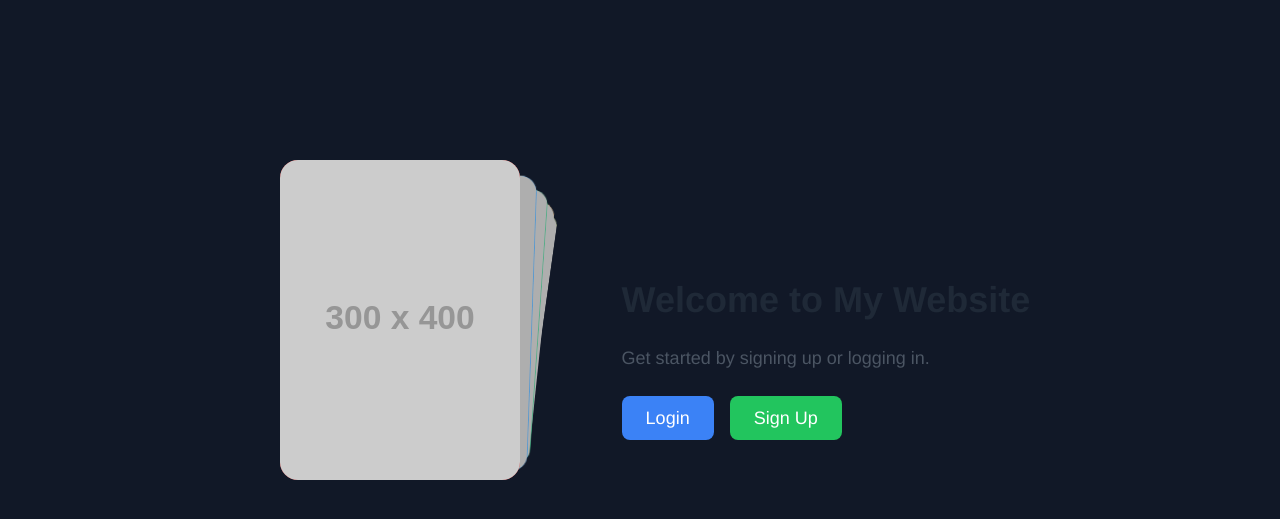
Repository: prathyushaa5/BuyYours
Page: / (app in Frontend/)
These files come from the project's save history. The page is drawn as it stood at one moment and after the next save; the edit follows.
The browser window is 1280 px wide. The pictures show the whole page.
The project was rebuilt for these pictures with package versions that can differ from the ones it lists, and the page was loaded fresh each time. Also part of the build but not shown: Frontend/vite.config.js, Frontend/src/components/Login.jsx, Frontend/src/components/Signup.jsx, Frontend/src/components/Home.jsx.

Above is the page before, as saved 2025-02-13 16:08:37.

### Frontend/src/App.jsx
import { BrowserRouter as Router, Routes, Route } from "react-router-dom";
import { useState } from "react";
import Main from "./components/Main";
import Login from "./components/Login";
import Signup from "./components/Signup";
import Home from "./components/Home";

export default function App() {
  const [token, setToken] = useState(null);

  const handleLogin = (userToken) => {
    setToken(userToken);
  };

  return (
    <Router>
      <Routes>
        {/* Show Main page first */}
        <Route path="/" element={<Main />} />

        {/* Login Page */}
        <Route path="/login" element={<Login onLogin={handleLogin} />} />

        {/* Signup Page */}
        <Route path="/signup" element={<Signup />} />

        {/* Home Page (Protected) */}
        <Route path="/home" element={token ? <Home /> : <Login onLogin={handleLogin} />} />
      </Routes>
    </Router>
  );
}

### Frontend/src/components/Main.jsx
import { useNavigate } from "react-router-dom";
import { Swiper, SwiperSlide } from "swiper/react";
import { EffectCards } from "swiper/modules";
import "swiper/css";
import "swiper/css/effect-cards";
import "../style.css";

export default function Main() {
  const navigate = useNavigate();

  return (
    <div className="flex items-center justify-center min-h-screen bg-gray-900 p-6">
      {/* Left: Swiper Section */}
      <div className="w-[300px] h-[400px] mr-12"> {/* Increased card size */}
        <Swiper
          effect={"cards"}
          grabCursor={true}
          modules={[EffectCards]}
          className="mySwiper"
        >
          <SwiperSlide>
            <img src="https://via.placeholder.com/300x400" alt="Slide 1" className="w-full h-full object-cover rounded-lg" />
          </SwiperSlide>
          <SwiperSlide>
            <img src="https://via.placeholder.com/300x400" alt="Slide 2" className="w-full h-full object-cover rounded-lg" />
          </SwiperSlide>
          <SwiperSlide>
            <img src="https://via.placeholder.com/300x400" alt="Slide 3" className="w-full h-full object-cover rounded-lg" />
          </SwiperSlide>
          <SwiperSlide>
            <img src="https://via.placeholder.com/300x400" alt="Slide 4" className="w-full h-full object-cover rounded-lg" />
          </SwiperSlide>
          <SwiperSlide>
            <img src="https://via.placeholder.com/300x400" alt="Slide 5" className="w-full h-full object-cover rounded-lg" />
          </SwiperSlide>
        </Swiper>
      </div>

      {/* Right: Welcome Text & Buttons */}
      <div className="flex flex-col items-start ml-6">
        <h1 className="text-4xl font-extrabold text-gray-800 mb-6">
          Welcome to My Website
        </h1>
        <p className="text-lg text-gray-600 mb-6">
          Get started by signing up or logging in.
        </p>

        <div className="flex space-x-4">
          <button
            onClick={() => navigate("/login")}
            className="px-6 py-2 bg-blue-500 text-white text-lg rounded-lg hover:bg-blue-600 transition"
          >
            Login
          </button>
          <button
            onClick={() => navigate("/signup")}
            className="px-6 py-2 bg-green-500 text-white text-lg rounded-lg hover:bg-green-600 transition"
          >
            Sign Up
          </button>
        </div>
      </div>
    </div>
  );
}

### Frontend/src/style.css
#app { height: 100% }
html,
body {
  position: relative;
  height: 100%;
}

body {
  background: #eee;
  font-family: Helvetica Neue, Helvetica, Arial, sans-serif;
  font-size: 14px;
  color: #000;
  margin: 0;
  padding: 0;
}

body {
  background: #fff;
  font-family: Helvetica Neue, Helvetica, Arial, sans-serif;
  font-size: 14px;
  color: #000;
  margin: 0;
  padding: 0;
}

html,
body {
  position: relative;
  height: 100%;
}

#app {
  display: flex;
  justify-content: center;
  align-items: center;
}

.swiper {
  width: 240px;
  height: 320px;
}

.swiper-slide {
  display: flex;
  align-items: center;
  justify-content: center;
  border-radius: 18px;
  font-size: 22px;
  font-weight: bold;
  color: #fff;
}

.swiper-slide:nth-child(1n) {
  background-color: rgb(206, 17, 17);
}

.swiper-slide:nth-child(2n) {
  background-color: rgb(0, 140, 255);
}

.swiper-slide:nth-child(3n) {
  background-color: rgb(10, 184, 111);
}

.swiper-slide:nth-child(4n) {
  background-color: rgb(211, 122, 7);
}

.swiper-slide:nth-child(5n) {
  background-color: rgb(118, 163, 12);
}

.swiper-slide:nth-child(6n) {
  background-color: rgb(180, 10, 47);
}

.swiper-slide:nth-child(7n) {
  background-color: rgb(35, 99, 19);
}

.swiper-slide:nth-child(8n) {
  background-color: rgb(0, 68, 255);
}

.swiper-slide:nth-child(9n) {
  background-color: rgb(218, 12, 218);
}

.swiper-slide:nth-child(10n) {
  background-color: rgb(54, 94, 77);
}

Loaded but not shown: Frontend/index.html (common file); Frontend/src/main.jsx (common file); Frontend/src/index.css (common file); Frontend/tailwind.config.js (common file)

After the next save:
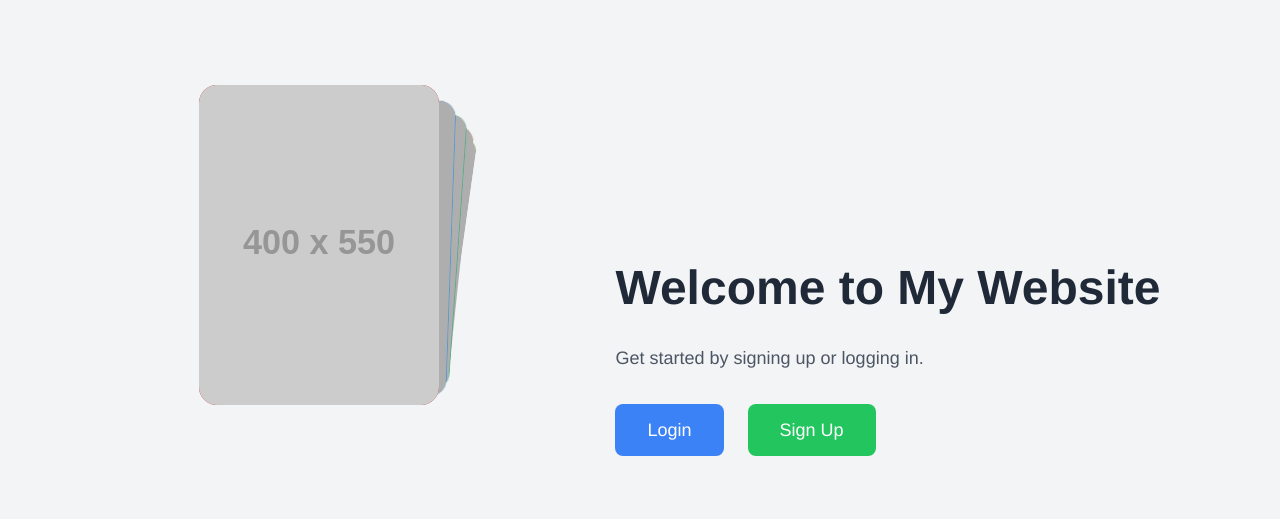
Saved 101 s later.
--- a/Frontend/src/components/Main.jsx
+++ b/Frontend/src/components/Main.jsx
@@ -9,9 +9,9 @@
   const navigate = useNavigate();
 
   return (
-    <div className="flex items-center justify-center min-h-screen bg-gray-900 p-6">
+    <div className="flex items-center justify-center min-h-screen bg-gray-100 p-6">
       {/* Left: Swiper Section */}
-      <div className="w-[300px] h-[400px] mr-12"> {/* Increased card size */}
+      <div className="w-[400px] h-[550px] mr-16"> {/* Increased card size */}
         <Swiper
           effect={"cards"}
           grabCursor={true}
@@ -19,42 +19,62 @@
           className="mySwiper"
         >
           <SwiperSlide>
-            <img src="https://via.placeholder.com/300x400" alt="Slide 1" className="w-full h-full object-cover rounded-lg" />
+            <img
+              src="https://via.placeholder.com/400x550"
+              alt="Slide 1"
+              className="w-full h-full object-cover rounded-xl"
+            />
           </SwiperSlide>
           <SwiperSlide>
-            <img src="https://via.placeholder.com/300x400" alt="Slide 2" className="w-full h-full object-cover rounded-lg" />
+            <img
+              src="https://via.placeholder.com/400x550"
+              alt="Slide 2"
+              className="w-full h-full object-cover rounded-xl"
+            />
           </SwiperSlide>
           <SwiperSlide>
-            <img src="https://via.placeholder.com/300x400" alt="Slide 3" className="w-full h-full object-cover rounded-lg" />
+            <img
+              src="https://via.placeholder.com/400x550"
+              alt="Slide 3"
+              className="w-full h-full object-cover rounded-xl"
+            />
           </SwiperSlide>
           <SwiperSlide>
-            <img src="https://via.placeholder.com/300x400" alt="Slide 4" className="w-full h-full object-cover rounded-lg" />
+            <img
+              src="https://via.placeholder.com/400x550"
+              alt="Slide 4"
+              className="w-full h-full object-cover rounded-xl"
+            />
           </SwiperSlide>
           <SwiperSlide>
-            <img src="https://via.placeholder.com/300x400" alt="Slide 5" className="w-full h-full object-cover rounded-lg" />
+            <img
+              src="https://via.placeholder.com/400x550"
+              alt="Slide 5"
+              className="w-full h-full object-cover rounded-xl"
+            />
           </SwiperSlide>
         </Swiper>
       </div>
 
       {/* Right: Welcome Text & Buttons */}
-      <div className="flex flex-col items-start ml-6">
-        <h1 className="text-4xl font-extrabold text-gray-800 mb-6">
+      <div className="flex flex-col items-start ml-8">
+        <h1 className="text-5xl font-extrabold text-gray-800 mb-8">
           Welcome to My Website
         </h1>
-        <p className="text-lg text-gray-600 mb-6">
+        <p className="text-lg text-gray-600 mb-8">
           Get started by signing up or logging in.
         </p>
 
-        <div className="flex space-x-4">
+        <div className="flex space-x-6">
           <button
             onClick={() => navigate("/login")}
-            className="px-6 py-2 bg-blue-500 text-white text-lg rounded-lg hover:bg-blue-600 transition"
+            className="px-8 py-3 bg-blue-500 text-white text-lg rounded-lg hover:bg-blue-600 transition"
           >
             Login
           </button>
           <button
             onClick={() => navigate("/signup")}
-            className="px-6 py-2 bg-green-500 text-white text-lg rounded-lg hover:bg-green-600 transition"
+            className="px-8 py-3 bg-green-500 text-white text-lg rounded-lg hover:bg-green-600 transition"
           >
             Sign Up
           </button>

After the save that followed:
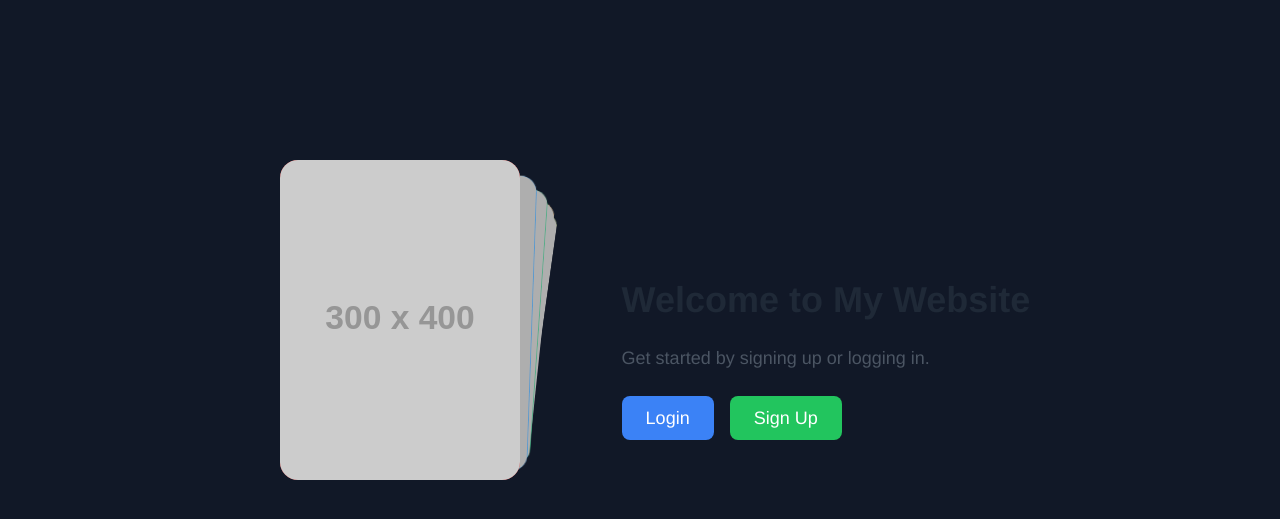
Saved 16 s later.
--- a/Frontend/src/components/Main.jsx
+++ b/Frontend/src/components/Main.jsx
@@ -9,9 +9,9 @@
   const navigate = useNavigate();
 
   return (
-    <div className="flex items-center justify-center min-h-screen bg-gray-100 p-6">
+    <div className="flex items-center justify-center min-h-screen bg-gray-900 p-6">
       {/* Left: Swiper Section */}
-      <div className="w-[400px] h-[550px] mr-16"> {/* Increased card size */}
+      <div className="w-[300px] h-[400px] mr-12"> {/* Increased card size */}
         <Swiper
           effect={"cards"}
           grabCursor={true}
@@ -19,62 +19,42 @@
           className="mySwiper"
         >
           <SwiperSlide>
-            <img
-              src="https://via.placeholder.com/400x550"
-              alt="Slide 1"
-              className="w-full h-full object-cover rounded-xl"
-            />
+            <img src="https://via.placeholder.com/300x400" alt="Slide 1" className="w-full h-full object-cover rounded-lg" />
           </SwiperSlide>
           <SwiperSlide>
-            <img
-              src="https://via.placeholder.com/400x550"
-              alt="Slide 2"
-              className="w-full h-full object-cover rounded-xl"
-            />
+            <img src="https://via.placeholder.com/300x400" alt="Slide 2" className="w-full h-full object-cover rounded-lg" />
           </SwiperSlide>
           <SwiperSlide>
-            <img
-              src="https://via.placeholder.com/400x550"
-              alt="Slide 3"
-              className="w-full h-full object-cover rounded-xl"
-            />
+            <img src="https://via.placeholder.com/300x400" alt="Slide 3" className="w-full h-full object-cover rounded-lg" />
           </SwiperSlide>
           <SwiperSlide>
-            <img
-              src="https://via.placeholder.com/400x550"
-              alt="Slide 4"
-              className="w-full h-full object-cover rounded-xl"
-            />
+            <img src="https://via.placeholder.com/300x400" alt="Slide 4" className="w-full h-full object-cover rounded-lg" />
           </SwiperSlide>
           <SwiperSlide>
-            <img
-              src="https://via.placeholder.com/400x550"
-              alt="Slide 5"
-              className="w-full h-full object-cover rounded-xl"
-            />
+            <img src="https://via.placeholder.com/300x400" alt="Slide 5" className="w-full h-full object-cover rounded-lg" />
           </SwiperSlide>
         </Swiper>
       </div>
 
       {/* Right: Welcome Text & Buttons */}
-      <div className="flex flex-col items-start ml-8">
-        <h1 className="text-5xl font-extrabold text-gray-800 mb-8">
+      <div className="flex flex-col items-start ml-6">
+        <h1 className="text-4xl font-extrabold text-gray-800 mb-6">
           Welcome to My Website
         </h1>
-        <p className="text-lg text-gray-600 mb-8">
+        <p className="text-lg text-gray-600 mb-6">
           Get started by signing up or logging in.
         </p>
 
-        <div className="flex space-x-6">
+        <div className="flex space-x-4">
           <button
             onClick={() => navigate("/login")}
-            className="px-8 py-3 bg-blue-500 text-white text-lg rounded-lg hover:bg-blue-600 transition"
+            className="px-6 py-2 bg-blue-500 text-white text-lg rounded-lg hover:bg-blue-600 transition"
           >
             Login
           </button>
           <button
             onClick={() => navigate("/signup")}
-            className="px-8 py-3 bg-green-500 text-white text-lg rounded-lg hover:bg-green-600 transition"
+            className="px-6 py-2 bg-green-500 text-white text-lg rounded-lg hover:bg-green-600 transition"
           >
             Sign Up
           </button>
